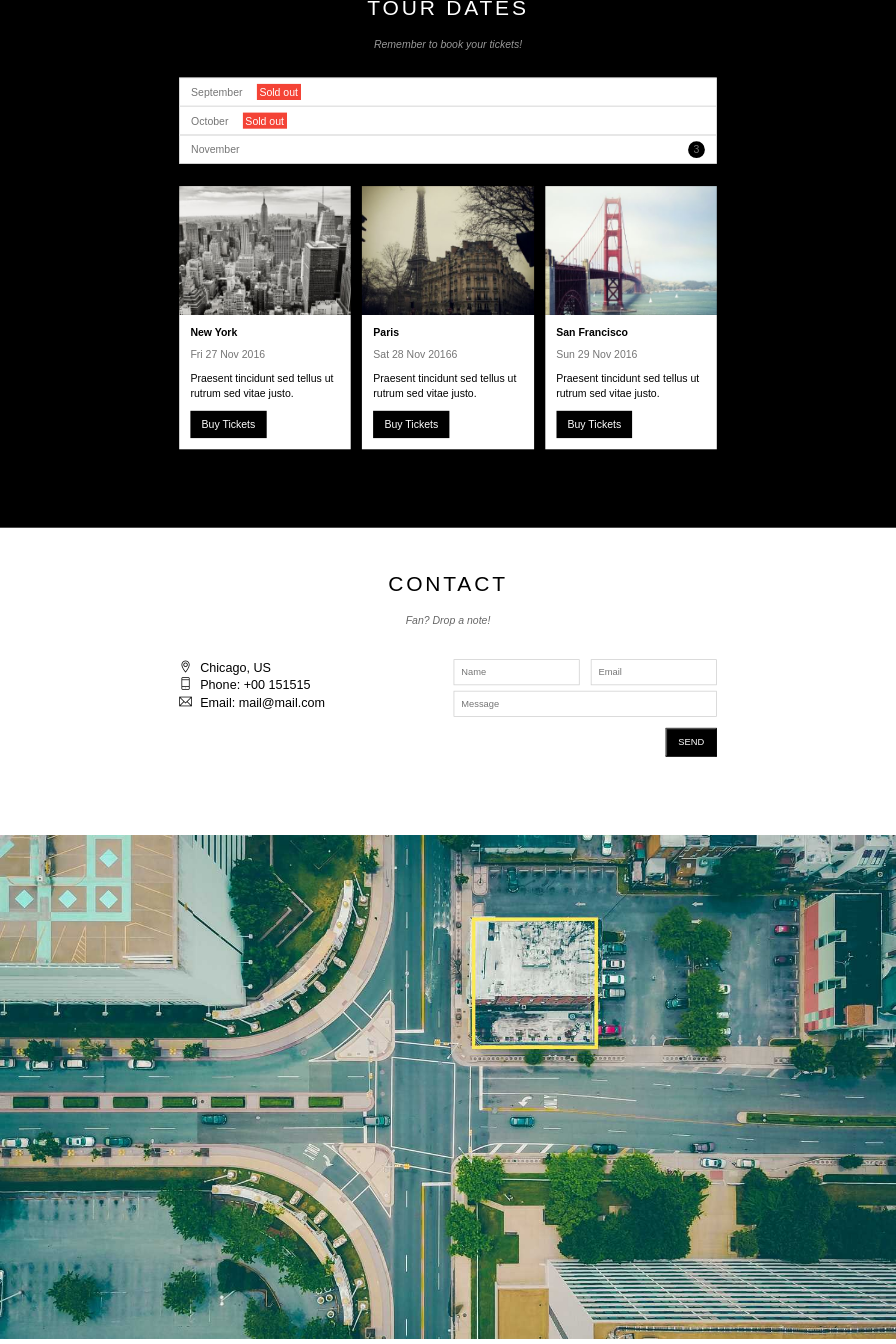
Repository: BrandonTuan777/The_Band
Page: index.html
An editor plug-in stored every save of this project. The page is shown before and after the next save, followed by the edit.
The browser window is 1280 px wide. The pictures show the part of the page from y = 1417 to 3337 px (the page is 3524 px tall before and 3508 px after), at 70% of full size.

Above is the page before, as saved 2022-04-12 21:16:00.
Console error: ReferenceError: member is not defined

### index.html
<!DOCTYPE html>
<html lang="en">
  <head>
    <meta charset="UTF-8" />
    <meta http-equiv="X-UA-Compatible" content="IE=edge" />
    <meta name="viewport" content="width=device-width, initial-scale=1.0" />
    <title>The Band</title>
    <link
      rel="shortcut icon"
      type="image/jpg"
      href="./assets/img/favicon/01d1b4547ce03c3ec499c827caac4a72.jpg"
    />
    <link rel="stylesheet" href="./assets/css/styles.css" />
    <link rel="stylesheet" href="./assets/css/responsive.css" />

    <link
      rel="stylesheet"
      href="./assets//fonts/themify-icons/themify-icons.css"
    />
  </head>
  <body>
    <div id="main">
      <div id="header">
        <!-- Begin:Nav -->
        <ul id="nav">
          <li><a href="#">Home</a></li>
          <li><a href="#band">Band</a></li>
          <li><a href="#tour">Tour</a></li>
          <li><a href="#contact">Contact</a></li>
          <li>
            <a href="#">
              More
              <i class="nav-arrow-down ti-angle-down"></i>
            </a>
            <ul class="subnav">
              <li><a href="#">Merchandise</a></li>
              <li><a href="#">Extras</a></li>
              <li><a href="#">Media</a></li>
            </ul>
          </li>
        </ul>
        <!-- End:Nav -->

        <!-- Begin:Search button -->
        <div class="search-btn">
          <i class="search-icon ti-search"></i>
        </div>

        <div id="mobile-menu" class="mobile-menu-btn">
          <i class="menu-icon ti-menu"></i>
        </div>
        <!-- End:Search button -->
      </div>

      <div id="slider">
        <div class="text-content">
          <h2 class="text-heading">New York</h2>
          <div class="text-description">
            The atmosphere in New York is lorem ipsum.
          </div>
        </div>
      </div>

      <div id="content">
        <!--About section  -->
        <div id="band" class="content-section">
          <h2 class="section-heading">THE BAND</h2>
          <p class="section-sub-heading">We love music</p>
          <p class="about-text">
            We have created a fictional band website. Lorem ipsum dolor sit
            amet, consectetur adipiscing elit, sed do eiusmod tempor incididunt
            ut labore et dolore magna aliqua. Ut enim ad minim veniam, quis
            nostrud exercitation ullamco laboris nisi ut aliquip ex ea commodo
            consequat. Duis aute irure dolor in reprehenderit in voluptate velit
            esse cillum dolore eu fugiat nulla pariatur. Excepteur sint occaecat
            cupidatat non proident, sunt in culpa qui officia deserunt mollit
            anim id est laborum consectetur adipiscing elit, sed do eiusmod
            tempor incididunt ut labore et dolore magna aliqua. Ut enim ad minim
            veniam, quis nostrud exercitation ullamco laboris nisi ut aliquip ex
            ea commodo consequat.
          </p>
          <div class="row member-list">
            <div class=" member-item text-center col col-third">
              <p class="member-name">Name</p>
              <img
                class="member-img"
                src="./assets/img/team/member1.jpg"
                alt=""
              />
            </div>
            <div class=" member-item text-center col col-third">
              <p class="member-name">Name</p>
              <img
                class="member-img"
                src="./assets/img/team/member1.jpg"
                alt=""
              />
            </div>
            <div class=" member-item text-center col col-third">
              <p class="member-name">Name</p>
              <img
                class="member-img"
                src="./assets/img/team/member1.jpg"
                alt=""
              />
            </div>
          </div>
        </div>
        <!-- Tour section -->
        <div id="tour" class="tour-section">
          <div class="content-section">
            <h2 class="section-heading text-white">TOUR DATES</h2>
            <p class="section-sub-heading text-white">
              Remember to book your tickets!
            </p>
            <!-- Tickets -->
            <ul class="ticket-list">
              <li>September <span class="sold-out">Sold out</span></li>
              <li>October <span class="sold-out">Sold out</span></li>
              <li>November <span class="quantity">3</span></li>
            </ul>

            <!-- Places -->
            <div class="row places-list">
              <div class="col col-third">
                <img
                  src="./assets/img/places/places1.jpg"
                  alt=""
                  class="place-img"
                />
                <div class="place-body">
                  <h3 class="place-heading">New York</h3>
                  <p class="place-time">Fri 27 Nov 2016</p>
                  <p class="place-description">
                    Praesent tincidunt sed tellus ut rutrum sed vitae justo.
                  </p>
                  <a href="#" class="btn">Buy Tickets</a>
                </div>
              </div>
              <div class="col col-third">
                <img
                  src="./assets/img/places/places2.jpg"
                  alt=""
                  class="place-img"
                />
                <div class="place-body">
                  <h3 class="place-heading">Paris</h3>
                  <p class="place-time">Sat 28 Nov 20166</p>
                  <p class="place-description">
                    Praesent tincidunt sed tellus ut rutrum sed vitae justo.
                  </p>
                  <a href="#" class="btn">Buy Tickets</a>
                </div>
              </div>
              <div class="col col-third">
                <img
                  src="./assets/img/places/places3.jpg"
                  alt=""
                  class="place-img"
                />
                <div class="place-body">
                  <h3 class="place-heading">San Francisco</h3>
                  <p class="place-time">Sun 29 Nov 2016</p>
                  <p class="place-description">
                    Praesent tincidunt sed tellus ut rutrum sed vitae justo.
                  </p>
                  <a href="#" class="btn">Buy Tickets</a>
                </div>
              </div>
            </div>
          </div>
        </div>
        <!--Begin: Contact section -->
        <div id="contact" class="content-section">
          <h2 class="section-heading">CONTACT</h2>
          <p class="section-sub-heading">Fan? Drop a note!</p>
          <div class="row contact-content">
            <div class="col col-half contact-info">
              <p><i class="ti-location-pin"></i>Chicago, US</p>
              <p><i class="ti-mobile"></i>Phone: +00 151515</p>
              <p><i class="ti-email"></i>Email: mail@mail.com</p>
            </div>
            <div class="col col-half contact-form">
              <form action="">
                <div class="row">
                  <div class="col col-half">
                    <input
                      type="text"
                      name=""
                      id=""
                      required
                      placeholder="Name"
                      class="form-control"
                    />
                  </div>
                  <div class="col col-half">
                    <input
                      type="email"
                      name=""
                      id=""
                      required
                      placeholder="Email"
                      class="form-control"
                    />
                  </div>
                </div>
                <div class="row mt-8">
                  <div class="col col-full">
                    <input
                      type="text"
                      name=""
                      id=""
                      required
                      placeholder="Message"
                      class="form-control"
                    />
                  </div>
                </div>
                <input
                  class="pull-rigth btn mt-16"
                  type="submit"
                  value="SEND"
                />
              </form>
            </div>
          </div>
        </div>
        <!--End: Contact section -->
        <div class="map-section">
          <img src="./assets/img/map/map.jpg" alt="" />
        </div>
      </div>
      <!-- Footer -->
      <div id="footer">
        <div class="social">
          <a href=""><i class="ti-facebook"></i></a>
          <a href=""><i class="ti-instagram"></i></a>
          <a href=""><i class="ti-youtube"></i></a>
          <a href=""><i class="ti-pinterest"></i></a>
          <a href=""><i class="ti-twitter-alt"></i></a>
          <a href=""><i class="ti-linkedin"></i></a>
        </div>
        <p class="copy-right">
          Powered by
          <a href="https://www.w3schools.com/w3css/default.asp" target="_blank"
            >w3.css</a
          >
        </p>
      </div>
    </div>
    <script>
      var header = document.getElementById("header");
      var mobileMenu = document.getElementById("mobile-menu");
      var headerHeight = header.clientHeight;

      // Đóng mở mobile menu
      mobileMenu.onclick = () => {
        var isClosed = header.clientHeight === headerHeight;
        if (isClosed) {
          header.style.height = "auto";
        } else {
          header.style.height = null;
        }
      };
      //Tự động đóng
      var menuItems = document.querySelectorAll('#nav li a[href*="#"]');
      console.log(menuItems);

      for (var i = 0; i < menuItems.length; i++) {
        var menuItem = menuItems[i];

        console.log(menuItem);
        menuItem.onclick = function () {
          var isParentMenu =  this.nextElementSibling &&  this.nextElementSibling.classList.contains("subnav");
          if (isParentMenu) {
            event.preventDefault();
          } else {
            header.style.height = null;
          }
        };
      } member-item
    </script>
  </body>
</html>

### assets/css/styles.css
/* Reset CSS */
* {
  padding: 0;
  margin: 0;
  box-sizing: border-box;
}

html {
  font-family: Arial, Helvetica, sans-serif;
  scroll-behavior: smooth;
}

/* Common */
.clear {
  clear: both;
}

.text-white {
  color: #fff !important;
}

.row {
  margin-left: -8px;
  margin-right: -8px;
}

.row::after {
  content: "";
  display: block;
  clear: both;
}

.col-half {
  width: 50%;
}

.col-full {
  width: 100%;
}

.col {
  float: left;
  padding-left: 8px;
  padding-right: 8px;
}

.col-third {
  width: 33.333%;
}

.text-center {
  text-align: center !important;
}

.mt-8 {
  margin-top: 8px !important;
}

.mt-16 {
  margin-top: 16px !important;
}

.btn {
  color: #fff;
  background-color: #000;
  text-decoration: none;
  padding: 11px 16px;
  display: inline-block;
  margin-top: 15px;
}

.btn:hover {
  color: #000;
  background-color: #757575;
  border: none;
}

.pull-rigth {
  float: right !important;
}

/* Main */
#main {
}

#header {
  position: fixed;
  top: 0;
  left: 0;
  right: 0;
  height: 46px;
  background-color: #000;
  z-index: 1;

}

#nav {
  display: inline-block;
}

#nav,
.subnav {
  list-style: none;
}

#nav > li {
  display: inline-block;
}

#nav li {
  position: relative;
}

#nav > li > a {
  color: white;
  text-transform: uppercase;
}

#nav li a {
  text-decoration: none;
  line-height: 46px;
  padding: 0 24px;
  display: block;
}

#nav li:hover .subnav {
  display: block;
}

#nav .subnav li:hover a,
#nav > li:hover > a {
  color: #000;
  background-color: #ccc;
}

#nav .subnav {
  display: none;
  min-width: 160px;
  top: 100%;
  left: 0;
  position: absolute;
  background-color: #fff;
  box-shadow: 0 0 10px rgba(0, 0, 0, 0.3);
}

#nav .subnav a {
  color: #000;
  padding: 0 12px;
  line-height: 38px;
}

#nav .nav-arrow-down {
  font-size: 11px;
}

#header .mobile-menu-btn {
  position: absolute;
  top: 0;
  right: 0;
  display: none;
}

#header .mobile-menu-btn,
#header .search-btn {
  float: right;
  padding: 0 21px;
}

#header .search-btn:hover {
  background-color: red;
  cursor: pointer;
}

#header .mobile-menu-btn:hover {
  background-color: #ccc;
}

#header .mobile-menu-btn:hover .menu-icon {
  color: #000;
}

#header .menu-icon,
#header .search-icon {
  color: #ccc;
  font-size: 20px;
  line-height: 46px;
}

#slider {
  position: relative;
  margin-top: 46px;
  padding-top: 50%;
  background: url("/assets/img/slider/slider1.jpg") top center / cover no-repeat;
}

#slider .text-content {
  position: absolute;
  bottom: 47px;
  color: #fff;
  text-align: center;
  /* transform: translateX(-50%);
  left: 50%; */
  width: 100%;
}

#slider .text-heading {
  font-weight: 500;
  font-size: 25px;
}

#slider .text-description {
  font-size: 15px;
  margin-top: 25px;
}

#content {
}

#content .content-section {
  width: 800px;
  max-width: 100%;
  padding: 64px 0 112px;
  margin-left: auto;
  margin-right: auto;
  padding-left: 16px;
  padding-right: 16px;
}

#content .section-heading {
  font-size: 30px;
  text-align: center;
  font-weight: 500;
  letter-spacing: 4px;
}
#content .section-sub-heading {
  font-size: 15px;
  text-align: center;
  margin-top: 25px;
  font-style: italic;
  opacity: 0.6;
}

#content .about-text {
  margin-top: 25px;
  font-size: 15px;
  text-align: justify;
  line-height: 1.4;
}

#content .member-list {
  margin-top: 48px;
}

#content .member-item {
  text-align: center;
}

#content .member-name {
  font-size: 15px;
}

#content .member-img {
  width: 154px;
  margin-top: 15px;
  border-radius: 4px;
}

/* Tour section */
.tour-section {
  background-color: #000;
}

.ticket-list {
  margin-top: 40px;
  background-color: #fff;
}

.ticket-list li {
  font-size: 15px;
  padding: 11px 16px;
  border: 1px solid #ddd;
  color: #757575;
  list-style: none;
}

.ticket-list .sold-out {
  background-color: #f44336 !important;
  color: #fff;
  padding: 3px 4px;
  margin-left: 16px;
}

.ticket-list .quantity {
  float: right;
  width: 24px;
  height: 24px;
  background-color: #000;
  border-radius: 50%;
  text-align: center;
  line-height: 24px;
  margin-top: -3px;
}

/* Places */

.places-list {
  margin-top: 32px;
}
.place-img {
  width: 100%;
  display: block;
}
.place-img:hover {
  opacity: 0.6;
}
.place-body {
  padding: 16px;
  font-size: 15px;
  background-color: #fff;
}
.place-heading {
  font-size: 15px;
  font-weight: 600;
}
.place-time {
  margin-top: 15px;
  color: #757575;
}
.place-description {
  margin-top: 15px;
  line-height: 1.4;
}

/* Contact form */

.contact-content {
  margin-top: 48px;
}

.contact-info {
  font-size: 18px;
  line-height: 1.4;
}
.contact-info i[class*="ti-"] {
  width: 30px;
  display: inline-block;
}

.contact-form {
  font-size: 15px;
}

.contact-form .form-control {
  border: 1px solid #ccc;
  width: 100%;
  padding: 10px;
}

/* Map section */

.map-section img {
  width: 100%;
}

#footer {
  padding: 64px 16px;
  text-align: center;
}

#footer .social {
  font-size: 20px;
  margin-bottom: 20px;
}

#footer .social a {
  color: rgba(0, 0, 0, 0.6);
  text-decoration: none;
}

#footer .copy-right:hover,
#footer .social a:hover {
  color: rgba(0, 0, 0, 0.4);
}

#footer .copy-right {
  color: rgba(0, 0, 0, 0.6);
}

#footer .copy-right a {
  color: rgba(0, 0, 0, 0.6);
}

### assets/css/responsive.css
/* PC */
@media (min-width: 1024px) {
}
/* Tablet */
@media (min-width: 740px) and (max-width: 1023px) {
}
/* Mobile */

@media (max-width: 740px) {
  #header {
    overflow: hidden;
  }
  #header .mobile-menu-btn {
    display: block;
  }
  #nav li a {
    padding: 1px 24px;
  }

  #header .search-btn {
    display: none;
  }

  #nav {
    display: block;
  }

  #nav > li {
    display: block;
  }
  #nav > li:first-child {
    display: inline-block;
  }
  #nav .subnav {
    position: initial;
    background-color: #333;
  }
  #nav .subnav a {
    color: #fff;
    padding: 5px 41px;
  }

  #content .member-item{
      margin-top: 30px;
      width: 100%;
  }
  #content .member-img{
      width: 60%;
  }

}

Loaded but not shown: assets/fonts/themify-icons/themify-icons.css (common file)

After the next save:
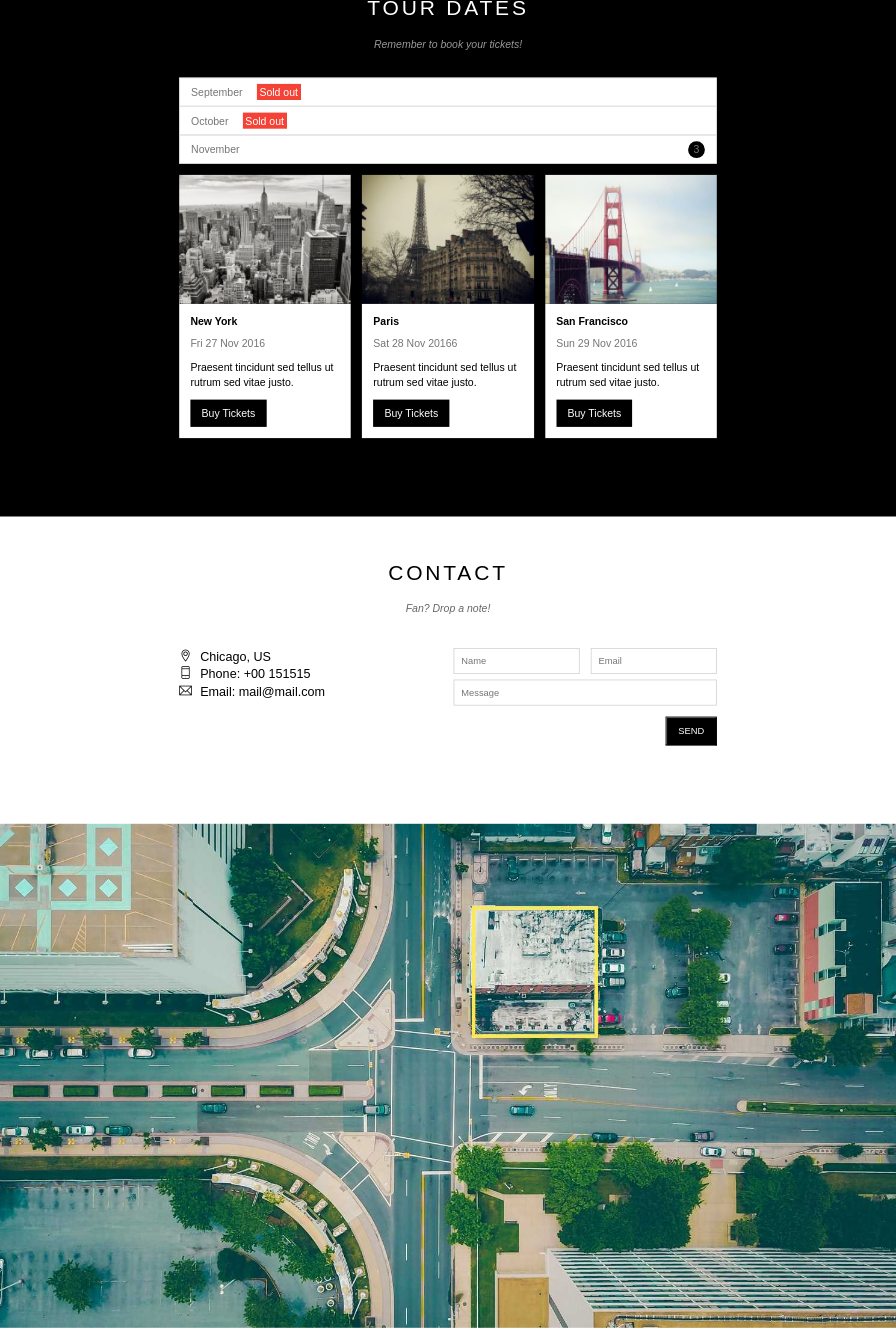
Saved 3 min 49 s later.
--- a/assets/css/styles.css
+++ b/assets/css/styles.css
@@ -304,7 +304,7 @@ html {
 /* Places */
 
 .places-list {
-  margin-top: 32px;
+  margin-top: 16px;
 }
 .place-img {
   width: 100%;
